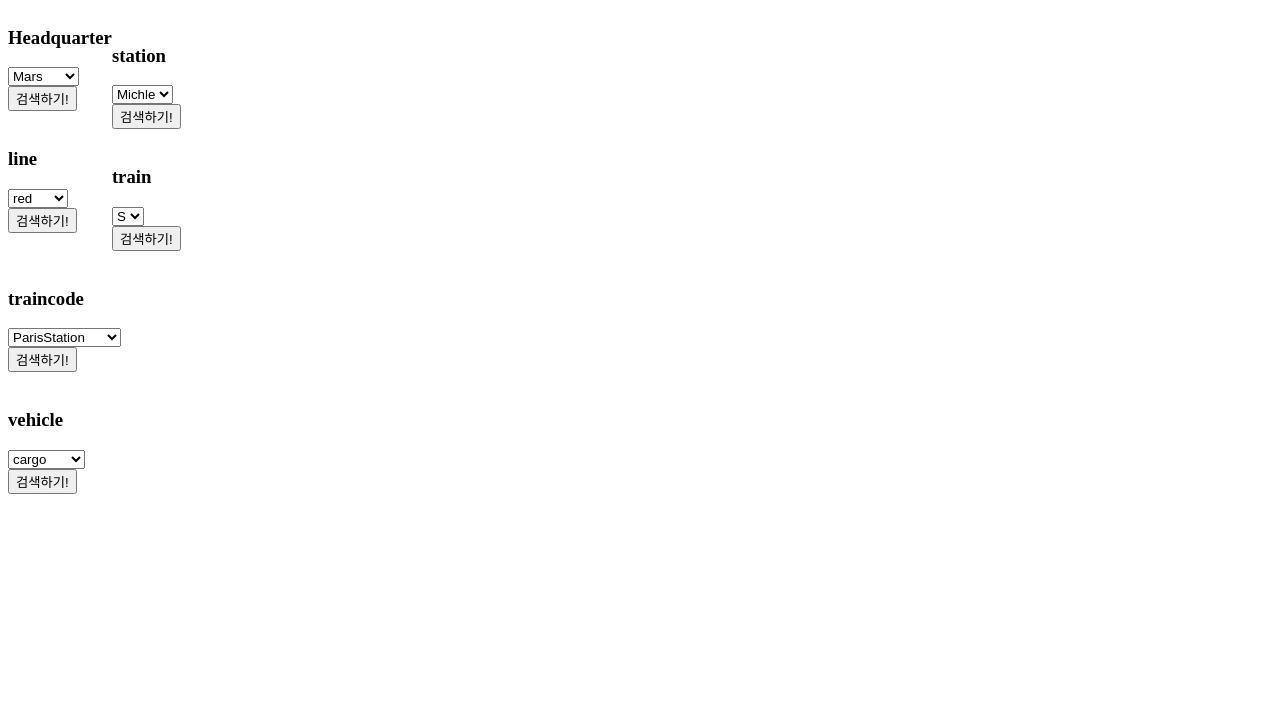
Repository: CISXO/JSP
Page: http://localhost/DB_Project/DB/Search.jsp
The author's editor kept a copy of each file at every save. The page is drawn from the files as they stood at one save, then again after the next save.
The browser window is 1280 px wide. The pictures show the whole page.
The page is served by Tomcat 9.

Above is the page before, as saved 2022-12-23 09:32:12.

### DbProject/DB_Project/src/main/webapp/DB/Search.jsp
<%@ page language="java" contentType="text/html; charset=utf-8"
    pageEncoding="utf-8" import="java.sql.*"%>
<!DOCTYPE html>
<html>
<head>
<meta charset="EUC-KR">
<title>Insert title here</title>
</head>
<body>
 <form action="Headquarter.jsp" method="get" >
 <div style="float:left;">
       <div class="row">
        <h3>Headquarter</h3>
       <div class="row">
      <select name="search">
        <option>Mars</option>
        <option>Earth</option>
        <option>Mercury</option>
        <option>Venus</option>
        <option>Saturn</option>
      </select>
        <input name="checkcheck" type="hidden" placeHolder="검색할 값" value="2">
        </div>
      <button>검색하기!</button>
        </div>
        </form>
        <br>
         <form action="line.jsp" method="get" >
       <div class="row"><h3>line</h3>
       <div class="row">
      <select name="search">
        <option>red</option>
        <option>blue</option>
        <option>yellow</option>
        <option>puple</option>
        <option>white</option>
      </select>
        <input name="checkcheck" type="hidden" placeHolder="검색할 값" value="2">
        </div>
      <button>검색하기!</button>
        </div>
        </form>

        </div>
        <br>
         <form action="station.jsp" method="get">
       <div class="row">
      <h3>station</h3>
       <div class="row">
      <select name="search">
        <option>Michle</option>
        <option>Jo</option>
        <option>Jk122</option>
        <option>brok</option>
      </select>
        <input name="checkcheck" type="hidden" placeHolder="검색할 값" value="2">
        </div>
      <button>검색하기!</button>
        </div>
        </form>
        <br>

         <form action="train.jsp" method="get">

         <div>
       <div class="row">
      <h3>train</h3>
       <div class="row">
      <select name="search">
        <option>S</option>
        <option>A</option>
        <option>B</option>
        <option>C</option>
        <option>D</option>
        <option>F</option>
      </select>
        <input name="checkcheck" type="hidden" placeHolder="검색할 값" value="2">
        </div>
      <button>검색하기!</button>
        </div>
        </form>
        <br>

         <form action="traincode.jsp" method="get">
       <div class="row">
      <h3>traincode</h3>
       <div class="row">
      <select name="search">
        <option>ParisStation</option>
        <option>KoreaStation</option>
        <option>MarsStation</option>
        <option>IndianoStation</option>
        <option>VenusStation</option>
        <option>AmericaStation</option>
      </select>
        <input name="checkcheck" type="hidden" placeHolder="검색할 값" value="2">
        </div>
      <button>검색하기!</button>
        </div>
        </form>

        <br>
         <form action="vehicle.jsp" method="get">
       <div class="row">
      <h3>vehicle</h3>
       <div class="row">
      <select name="search">
        <option>cargo</option>
        <option>career</option>
        <option>Decorate</option>
      </select>
        <input name="checkcheck" type="hidden" placeHolder="검색할 값" value="2">
        </div>
      <button>검색하기!</button>
        </div>
        </form><br>
        </div>
        </div>
</body>
</html>

After the next save:
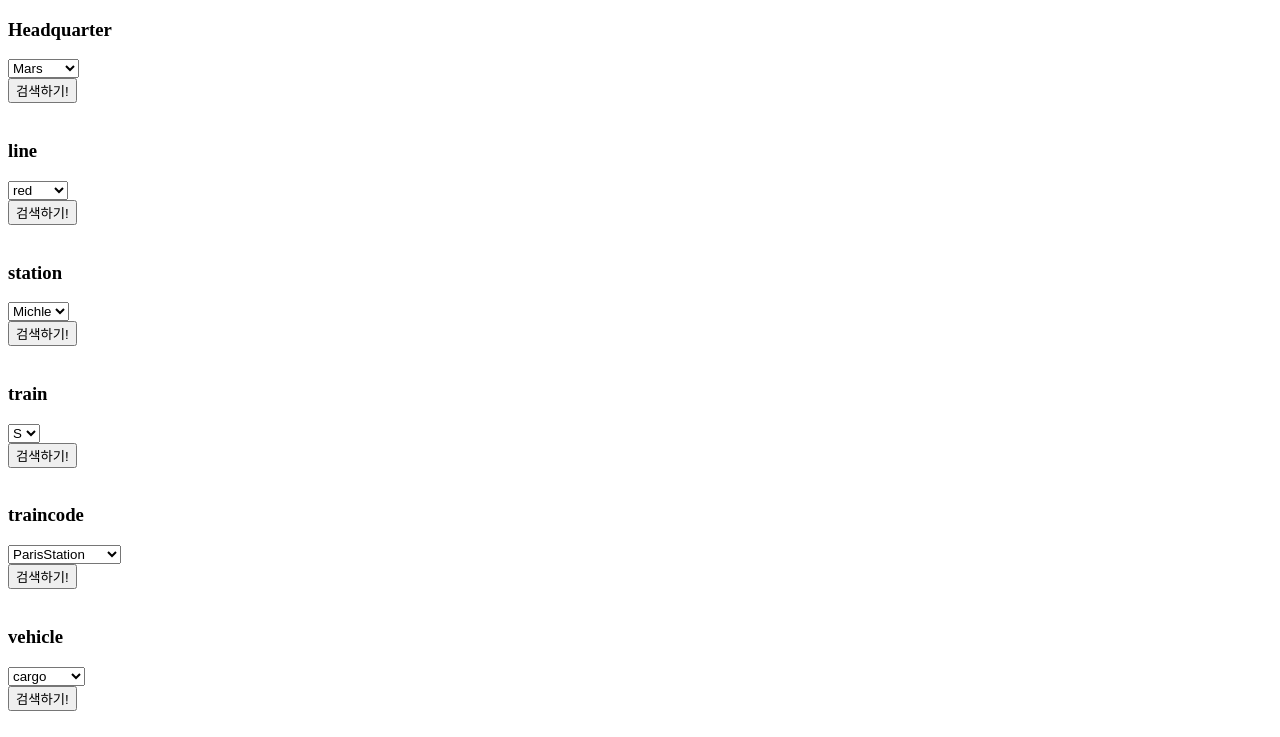
Saved 53 s later.
--- a/DbProject/DB_Project/src/main/webapp/DB/Search.jsp
+++ b/DbProject/DB_Project/src/main/webapp/DB/Search.jsp
@@ -8,8 +8,8 @@
 </head>
 <body>
  <form action="Headquarter.jsp" method="get" >
- <div style="float:left;">
        <div class="row">
+
         <h3>Headquarter</h3>
        <div class="row">
       <select name="search">
@@ -41,7 +41,7 @@
         </div>
         </form>
 
-        </div>
+
         <br>
          <form action="station.jsp" method="get">
        <div class="row">
@@ -59,10 +59,7 @@
         </div>
         </form>
         <br>
-
          <form action="train.jsp" method="get">
-
-         <div>
        <div class="row">
       <h3>train</h3>
        <div class="row">
@@ -114,7 +111,6 @@
       <button>검색하기!</button>
         </div>
         </form><br>
-        </div>
-        </div>
+
 </body>
 </html>
